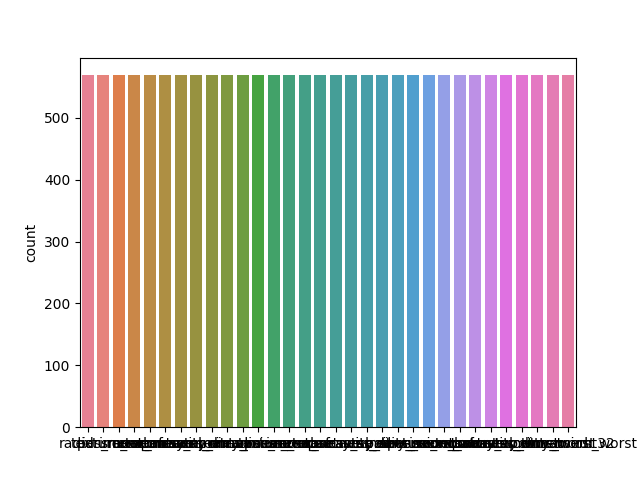
Repository: aminase/biopython
Script's output: python dataVisualization.py
The author's editor kept a copy of each file at every save. The script's output is drawn from the files as they stood at one save, then again after the next save.
Random numbers start from a fixed seed.

Above is the script's output before, as saved 2023-05-18 14:57:14.

### dataVisualization.py
import numpy as np
import pandas as pd
# %matplotlib inline

import matplotlib.pyplot as plt
import seaborn as sns
from sklearn import preprocessing


label_encoder = preprocessing.LabelEncoder()




breast_cancer_data = pd.read_csv("./content/data.csv")
head = breast_cancer_data.keys()
coutOfDiagnosisMB = breast_cancer_data['diagnosis'].value_counts() # counts how much are benign and malign cases

info = breast_cancer_data.shape



'''x =[1,2,3]
y=[5,8,9]
plot = plt.plot(x,y)
plt.show()
'''


sns.countplot( data = breast_cancer_data)
plt.show()



# print(plot.show())

Loaded but not shown: data/data.csv (common file)

After the next save:
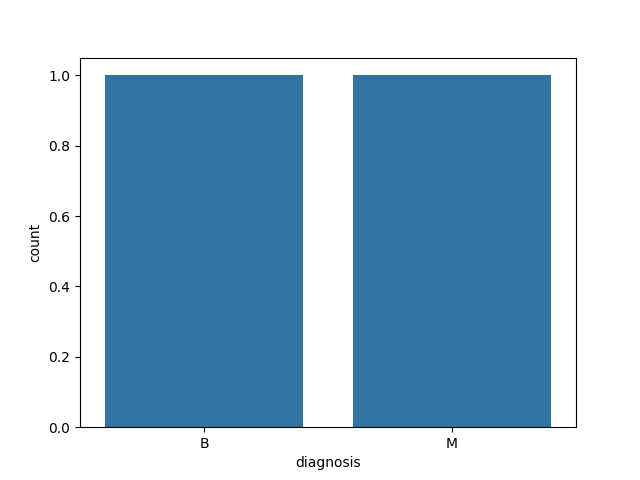
Saved 41 s later.
--- a/dataVisualization.py
+++ b/dataVisualization.py
@@ -27,7 +27,7 @@ plt.show()
 '''
 
 
-sns.countplot( data = breast_cancer_data)
+sns.countplot( data = coutOfDiagnosisMB)
 plt.show()
 
 
